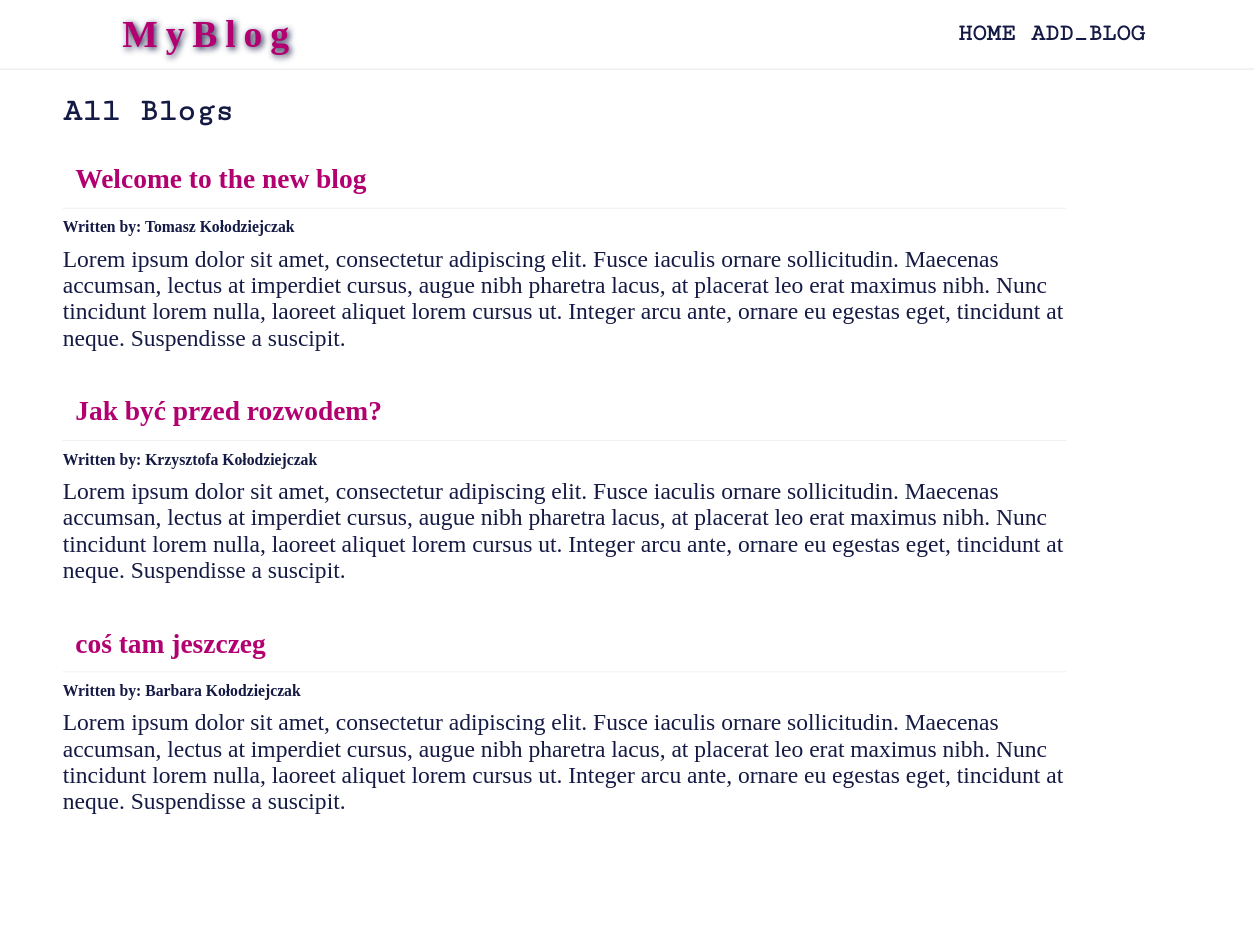
Repository: KrzysKolo/myBlog
Page: /
The author's editor kept a copy of each file at every save. The page is drawn from the files as they stood at one save, then again after the next save.
The browser window is 1280 px wide. The pictures show the whole page, at 98% of full size.
Some web fonts or font styles are not loaded; a fallback is used. The project was rebuilt for these pictures with package versions that can differ from the ones it lists, and the page was loaded fresh each time. Requests to the local data server were answered from the project's data file. Also part of the build but not shown: src/pages/Blog/Blog.css, src/pages/Blog/Blog.js, src/pages/BlogNote/BlogNote.css, src/pages/BlogNote/BlogNote.js.

Above is the page before, as saved 2021-04-27 12:09:27.

### src/App.js
import React from 'react';
import { BrowserRouter as Router, Switch, Route } from 'react-router-dom';
import { Home, Blog, BlogNote } from './pages';
import { Header } from './components';

import './App.css';

const App = () => {
  return (
    <Router>
      <main className="App">
        <Header />
        <Switch>
          <Route path="/" exact component={Home} />
          <Route path="/blog" exact component={Blog} />
          <Route path="/note/:id" exact component={BlogNote} />
        </Switch>
      </main>
    </Router>
  )
}

export default App;

### src/pages/index.js
export { default as Home } from './Home/Home';
export { default as Blog } from './Blog/Blog';
export { default as BlogNote } from './BlogNote/BlogNote';

### src/components/index.js
export { default as Header } from './Header/Header';
export { default as Navigation } from './Navigation/Navigation';

### src/App.css
@import url("https://fonts.googleapis.com/css2?family=Barrio&family=Cutive+Mono&family=Meddon&family=Princess+Sofia&family=Snowburst+One&display=swap");
* {
  box-sizing: border-box;
  margin: 0;
  padding: 0;
}
.wrapper {
  width: 90vw;
  margin: 0 auto;
  display: flex;
  flex-direction: row;
  justify-content: space-between;
  align-items: center;
}

### src/pages/Home/Home.js
import React, {useState, useEffect} from 'react';
import useFetch from './../../data/useFetch';
import BlogList from '../../components/BlogList/BlogList';
import './Home.css';

const Home = () => {
	const { data: blogs, isLoading, error } = useFetch('http://localhost:4000/posts');

	return (
      <main className="Home">
        <section className="wrapper">
					{error && <div>{error}</div>}
					{isLoading && <div>Loading...</div>}
     			{blogs && <BlogList blogs={blogs} title="All Blogs"  /> }
        </section>
      </main>
    )
}

export default Home

### src/components/Header/Header.js
import React from 'react';
import Navigation from '../Navigation/Navigation';
import './Header.css';

const Header = () => {
    return (
        <header >
          <section className="wrapper" >
            <Navigation />
          </section>
        </header>
    )
}

export default Header;

### src/components/Navigation/Navigation.js
import React from 'react';
import { Link } from 'react-router-dom';
import dataMenu from './dataMenu';

import './Navigation.css';

const Navigation = () => {
    const menu = dataMenu.map(item => <Link key={item.path} to={item.path} exact={item.exact ? item.exact : false} className="link">{item.name}</Link>)
    return (
        <nav>
        	<h1>MyBlog</h1>
          <ul>
            {menu}
          </ul>
        </nav>
    )
}

export default Navigation;

### src/data/useFetch.js
import {useEffect, useState } from 'react';

const useFetch = (url) => {

    const [data, setData] = useState(null);
	const [isLoading, setIsLoading] = useState(true);
	const [error, setError] = useState(false);

    useEffect(() => {
        setTimeout(() => {
            fetch(url)
            .then(res =>{
                if(!res.ok) {
                    throw Error('could not fetch the data for that resource')
                }
                return res.json()
            })
            .then(data => {
                console.log(data);
                setData(data);
                setIsLoading(false);
                setError(null);
            })
            .catch(err => {
                setIsLoading(false);
                setError(err.message);
            })
        }, 1000)
        }, []);
        return {data, isLoading, error}
}
export default useFetch;

### src/components/BlogList/BlogList.js
import React from 'react';
import './BlogList.css';

const BlogList = ({ blogs, title}) => {
    const blogItem = blogs.map(blog => (
        <div className="blog-preview" key={blog.id}>
            <h3>{blog.title}</h3>
            <h4>Written by: {blog.author}</h4>
            <p>{blog.body}</p>

        </div>
    ));
    return (
        <div>
            <h2 className="blog-title">{title}</h2>
            {blogItem}
        </div>
    )
}

export default BlogList;

### src/pages/Home/Home.css
.Home {
  color: green;
}

### src/components/Header/Header.css
header {
  border-bottom: 1px solid #e5e5e5;
}

### src/components/Navigation/dataMenu.js
const dataMenu=[
    { name: 'Home', path: "/", exact: true },
    { name: 'Add_Blog', path: "/blog"},
/*     { name: 'NoteBlog', path: "/contact"},
    { name: 'Posts', path: "/posts" }, */
];
export default dataMenu;

### src/components/Navigation/Navigation.css
/* font-family: 'Barrio', cursive;
font-family: 'Cutive Mono', monospace;
font-family: 'Meddon', cursive;
font-family: 'Princess Sofia', cursive;
font-family: 'Snowburst One', cursive; */

nav {
  display: flex;
  flex-direction: row;
  justify-content: space-between;
  align-items: center;
  width: 100%;
}

nav h1 {
  color: #b30070;
  font-family: "Princess Sofia", cursive;
  font-size: 2.4rem;
  letter-spacing: 8px;
  margin-left: 3rem;
  padding: 0.8rem;
  text-shadow: 2px 2px 7px #151a44;
}

nav ul {
  font-family: "Cutive Mono", monospace;
  font-size: 1.5rem;
  text-transform: uppercase;
  margin-right: 3rem;
}
.link {
  font-weight: 600;
  margin-left: 1rem;
  text-decoration: none;
  color: #151a44;
  transition: all 0.3s ease-in-out;
}
.link:hover {
  color: #b30070;
}

### src/components/BlogList/BlogList.css
.blog-preview {
  /* border: 2px solid red; */
  border-radius: 20px;
  width: 80vw;
  margin-bottom: 2rem;
  font-family: "Princess Sofia", cursive;
  color: #151a44;
}
.blog-preview h3 {
  font-size: 1.75rem;
  color: #b30070;
  padding: 0.8rem;
  border-bottom: 1px solid #efefef;
}
.blog-preview h4 {
  font-family: "Times New Roman", Times, serif;
  padding: 10px 0;
}
.blog-preview p {
  font-size: 1.5rem;
}
.blog-title {
  margin: 1.5rem auto;
  font-size: 2rem;
  color: #151a44;
  font-family: "Cutive Mono", monospace;
}

### db.json
{
  "posts": [
    {
      "id": 1,
      "title": "Welcome to the new blog",
      "body": "Lorem ipsum dolor sit amet, consectetur adipiscing elit. Fusce iaculis ornare sollicitudin. Maecenas accumsan, lectus at imperdiet cursus, augue nibh pharetra lacus, at placerat leo erat maximus nibh. Nunc tincidunt lorem nulla, laoreet aliquet lorem cursus ut. Integer arcu ante, ornare eu egestas eget, tincidunt at neque. Suspendisse a suscipit.",
      "author": "Tomasz Kołodziejczak",
      "likes": 30
    },
    {
      "id": 2,
      "title": "Jak być przed rozwodem?",
      "body": "Lorem ipsum dolor sit amet, consectetur adipiscing elit. Fusce iaculis ornare sollicitudin. Maecenas accumsan, lectus at imperdiet cursus, augue nibh pharetra lacus, at placerat leo erat maximus nibh. Nunc tincidunt lorem nulla, laoreet aliquet lorem cursus ut. Integer arcu ante, ornare eu egestas eget, tincidunt at neque. Suspendisse a suscipit.",
      "author": "Krzysztofa Kołodziejczak",
      "likes": 30
    },
    {
      "id": 3,
      "title": "coś tam jeszczeg",
      "body": "Lorem ipsum dolor sit amet, consectetur adipiscing elit. Fusce iaculis ornare sollicitudin. Maecenas accumsan, lectus at imperdiet cursus, augue nibh pharetra lacus, at placerat leo erat maximus nibh. Nunc tincidunt lorem nulla, laoreet aliquet lorem cursus ut. Integer arcu ante, ornare eu egestas eget, tincidunt at neque. Suspendisse a suscipit.",
      "author": "Barbara Kołodziejczak",
      "likes": 5
    }
  ]
}

Loaded but not shown: public/index.html (common file); src/index.js (common file)

After the next save:
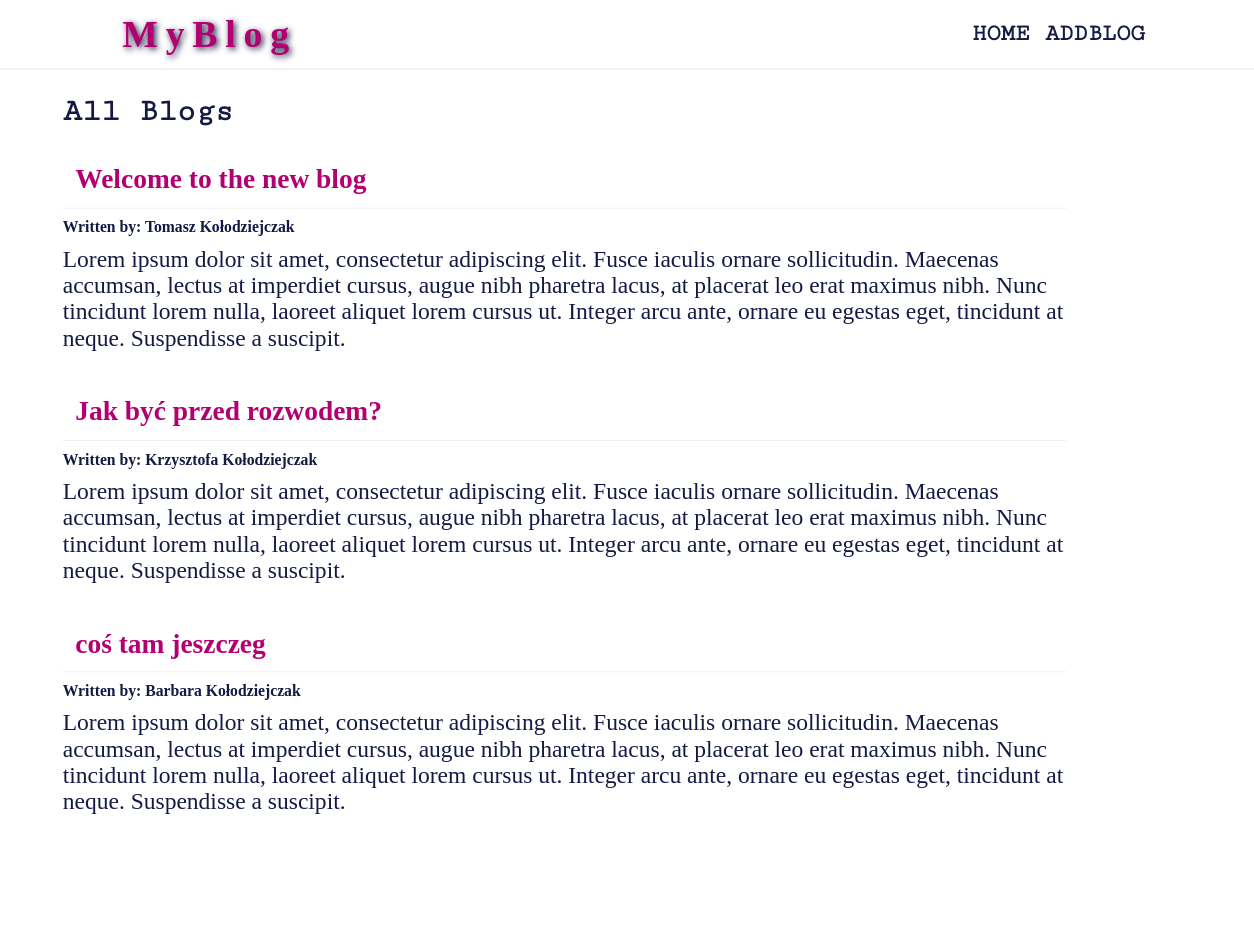
Saved 12 s later.
--- a/src/components/Navigation/dataMenu.js
+++ b/src/components/Navigation/dataMenu.js
@@ -1,6 +1,6 @@
 const dataMenu=[
     { name: 'Home', path: "/", exact: true },
-    { name: 'Add_Blog', path: "/blog"},
+    { name: 'AddBlog', path: "/blog"},
 /*     { name: 'NoteBlog', path: "/contact"},
     { name: 'Posts', path: "/posts" }, */
 ];
